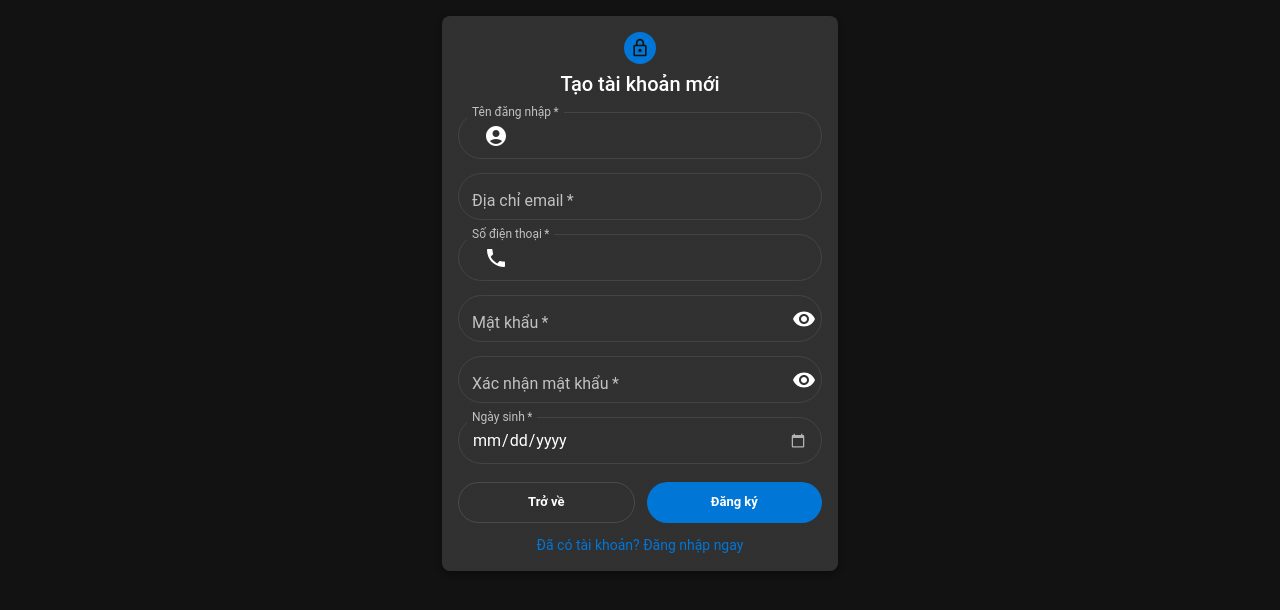
Repository: thtrunghau/ecommerce-ui-dacntt
Page: /auth/register
These files come from the project's save history. The page is drawn as it stood at one moment and after the next save; the edit follows.
The browser window is 1280 px wide. The pictures show the whole page.
The project was rebuilt for these pictures with package versions that can differ from the ones it lists, and the page was loaded fresh each time. Also part of the build but not shown: vite.config.ts, src/mockData/mockData.ts, src/utils/helpers.ts, src/components/shared/NavDropdown.tsx, src/components/shared/UserMenu.tsx, src/components/shared/Header.tsx, src/components/common/RoundedButton.tsx, src/components/features/home/HeroSection.tsx and 7 more.

Above is the page before, as saved 2025-06-13 00:25:37.

### src/index.css
@tailwind base;
@tailwind components;
@tailwind utilities;

/* Custom line clamp utilities */
.line-clamp-2 {
  display: -webkit-box;
  -webkit-line-clamp: 2;
  -webkit-box-orient: vertical;
  overflow: hidden;
}

/* Animation utilities */
@keyframes fade-in-up {
  from {
    opacity: 0;
    transform: translateY(20px);
  }
  to {
    opacity: 1;
    transform: translateY(0);
  }
}

.animate-fade-in-up {
  animation: fade-in-up 0.6s ease-out;
}

### src/App.tsx
import { BrowserRouter as Router, Routes, Route } from "react-router-dom";
import Header from "./components/shared/Header";
import Home from "./pages/Home";
import Footer from "./components/shared/Footer";
import { AuthProvider } from "./contexts/AuthContext";
import Register from "./pages/auth/Register";
import Login from "./pages/auth/Login";
import RegisterStandalone from "./pages/auth/RegisterStandalone";
import LoginStandalone from "./pages/auth/LoginStandalone";

export default function App() {
  return (
    <AuthProvider>
      <Router>
        {" "}
        <Routes>
          {" "}
          {/* Auth routes */}
          <Route path="/auth">
            <Route path="register" element={<RegisterStandalone />} />
            <Route path="login" element={<LoginStandalone />} />
          </Route>
          {/* Main layout routes with header/footer */}
          <Route
            path="/*"
            element={
              <div className="flex min-h-screen flex-col">
                <Header />
                <main className="flex-grow pt-24 lg:pt-28">
                  <Routes>
                    <Route path="/" element={<Home />} />
                    <Route path="/register" element={<Register />} />
                    <Route path="/login" element={<Login />} />
                    {/* Add other routes here as needed */}
                  </Routes>
                </main>
                <Footer />
              </div>
            }
          />
        </Routes>
      </Router>
    </AuthProvider>
  );
}

### src/contexts/AuthContext.tsx
import {
  createContext,
  useContext,
  useState,
  type ReactNode,
  useMemo,
} from "react";

interface User {
  id: string;
  username: string;
  email: string;
  phone?: string; // Thêm trường số điện thoại
  name?: string;
  avatar?: string;
}

interface AuthContextType {
  isAuthenticated: boolean;
  user: User | null;
  login: (user: User) => void;
  logout: () => void;
  register: (user: User) => void;
}

const AuthContext = createContext<AuthContextType | undefined>(undefined);

export const AuthProvider = ({ children }: { children: ReactNode }) => {
  const [user, setUser] = useState<User | null>(null);

  // Kiểm tra trạng thái xác thực từ localStorage khi khởi động
  const isAuthenticated = Boolean(user);

  const login = (userData: User) => {
    setUser(userData);
    localStorage.setItem("user", JSON.stringify(userData));
  };

  const logout = () => {
    setUser(null);
    localStorage.removeItem("user");
  };

  const register = (userData: User) => {
    // Trong thực tế, đây là nơi bạn sẽ gọi API đăng ký
    setUser(userData);
    localStorage.setItem("user", JSON.stringify(userData));
  };

  const value = useMemo(
    () => ({
      isAuthenticated,
      user,
      login,
      logout,
      register,
    }),
    [isAuthenticated, user],
  );

  return <AuthContext.Provider value={value}>{children}</AuthContext.Provider>;
};

export const useAuth = () => {
  const context = useContext(AuthContext);
  if (context === undefined) {
    throw new Error("useAuth must be used within an AuthProvider");
  }
  return context;
};

### src/pages/auth/RegisterStandalone.tsx
import React, { useState } from "react";
import { Link, useNavigate } from "react-router-dom";
import {
  Container,
  Box,
  Typography,
  TextField,
  Button,
  Paper,
  Avatar,
  IconButton,
  InputAdornment,
  ThemeProvider,
  createTheme,
  CssBaseline,
  Alert,
} from "@mui/material";
import {
  Visibility,
  VisibilityOff,
  AccountCircle,
  LockOutlined,
  Phone as PhoneIcon,
} from "@mui/icons-material";
import useAuthStore from "../../store/authStore";

const darkTheme = createTheme({
  palette: {
    mode: "dark",
    primary: { main: "#0076d7" },
    secondary: { main: "#30336b" },
    background: { default: "#121212", paper: "#1e1e1e" },
  },
  typography: {
    fontFamily: '"Samsung One", "Roboto", "Helvetica", "Arial", sans-serif',
  },
  components: {
    MuiTextField: {
      styleOverrides: {
        root: {
          marginBottom: 2,
          "& .MuiOutlinedInput-root": {
            "& fieldset": {
              borderColor: "#444",
              borderRadius: "9999px",
            },
            "&:hover fieldset": { borderColor: "#666" },
            "&.Mui-focused fieldset": { borderColor: "#0076d7" },
          },
          "& .MuiInputBase-input": {
            padding: "12px 14px",
          },
          "& .MuiInputAdornment-root": {
            marginLeft: "12px",
            marginRight: "-4px",
          },
        },
      },
    },
    MuiButton: {
      styleOverrides: {        root: {
          textTransform: "none",
          fontWeight: 600,
          boxShadow: "none",
          padding: "12px 24px",
          borderRadius: "9999px",
          "&:hover": { boxShadow: "none" },
        },
        contained: {
          backgroundColor: "#0076d7",
          "&:hover": { backgroundColor: "#0067be" },
        },
        outlined: {
          borderColor: "rgba(255, 255, 255, 0.12)",
          color: "#fff",
          "&:hover": {
            borderColor: "rgba(255, 255, 255, 0.24)",
            backgroundColor: "rgba(255, 255, 255, 0.04)",
          },
        },
      },
    },
  },
});

interface FormData {
  username: string;
  email: string;
  phone: string;
  dateOfBirth: string;
  password: string;
  confirmPassword: string;
}

const initialFormData: FormData = {
  username: "",
  email: "",
  phone: "",
  dateOfBirth: "",
  password: "",
  confirmPassword: "",
};

const RegisterStandalone: React.FC = () => {
  const navigate = useNavigate();
  const { register } = useAuthStore();
  const [formData, setFormData] = useState<FormData>(initialFormData);
  const [showPassword, setShowPassword] = useState<boolean>(false);
  const [showConfirmPassword, setShowConfirmPassword] =
    useState<boolean>(false);
  const [errors, setErrors] = useState<Partial<FormData>>({});
  const [formError, setFormError] = useState<string | null>(null);

  const handleChange = (e: React.ChangeEvent<HTMLInputElement>) => {
    const { name, value } = e.target;
    setFormData((prev) => ({ ...prev, [name]: value }));
    if (errors[name as keyof FormData]) {
      setErrors((prev) => ({ ...prev, [name]: undefined }));
    }
    if (formError) setFormError(null);
  };

  const validateForm = (): boolean => {
    const newErrors: Partial<FormData> = {};
    let isValid = true;
    if (!formData.username.trim()) {
      newErrors.username = "Tên đăng nhập là bắt buộc";
      isValid = false;
    } else if (formData.username.length < 3) {
      newErrors.username = "Tên đăng nhập phải có ít nhất 3 ký tự";
      isValid = false;
    }
    if (!formData.dateOfBirth) {
      newErrors.dateOfBirth = "Ngày sinh là bắt buộc";
      isValid = false;
    } else {
      const birthDate = new Date(formData.dateOfBirth);
      const today = new Date();
      if (birthDate >= today) {
        newErrors.dateOfBirth = "Ngày sinh không hợp lệ";
        isValid = false;
      }
    }
    if (!formData.email.trim()) {
      newErrors.email = "Email là bắt buộc";
      isValid = false;
    } else {
      const emailRegex = /^[^\s@]+@[^\s@]+\.[^\s@]+$/;
      if (!emailRegex.test(formData.email)) {
        newErrors.email = "Email không hợp lệ";
        isValid = false;
      }
    }
    if (!formData.phone.trim()) {
      newErrors.phone = "Số điện thoại là bắt buộc";
      isValid = false;
    } else {
      const phoneRegex = /^0\d{9}$/;
      if (!phoneRegex.test(formData.phone)) {
        newErrors.phone =
          "Số điện thoại không hợp lệ (phải có 10 số và bắt đầu bằng 0)";
        isValid = false;
      }
    }
    if (!formData.password) {
      newErrors.password = "Mật khẩu là bắt buộc";
      isValid = false;
    } else if (formData.password.length < 6) {
      newErrors.password = "Mật khẩu phải có ít nhất 6 ký tự";
      isValid = false;
    }
    if (formData.password !== formData.confirmPassword) {
      newErrors.confirmPassword = "Mật khẩu xác nhận không khớp";
      isValid = false;
    }
    setErrors(newErrors);
    return isValid;
  };

  const handleSubmit = (e: React.FormEvent<HTMLFormElement>) => {
    e.preventDefault();
    if (validateForm()) {
      try {
        const newUser = {
          id: crypto.randomUUID(),
          username: formData.username,
          email: formData.email,
          phone: formData.phone,
        };
        register(newUser);
        navigate("/");
      } catch (error) {
        setFormError("Đã xảy ra lỗi khi đăng ký. Vui lòng thử lại.");
        console.error("Registration error:", error);
      }
    }
  };

  return (
    <ThemeProvider theme={darkTheme}>
      <CssBaseline />      <Container component="main" maxWidth="xs" sx={{ mb: 2, mt: 2 }}>
        <Paper
          elevation={3}
          sx={{
            p: 2,
            display: "flex",
            flexDirection: "column",
            alignItems: "center",
            bgcolor: "background.paper",
            borderRadius: 2,
          }}
        >          <Avatar sx={{ mb: 0.5, bgcolor: "primary.main", width: 32, height: 32 }}>
            <LockOutlined sx={{ fontSize: 20 }} />
          </Avatar>
          <Typography component="h1" variant="h6" sx={{ mb: 1.5 }}>
            Tạo tài khoản mới
          </Typography>
          {formError && (
            <Alert severity="error" sx={{ width: "100%", mb: 2 }}>
              {formError}
            </Alert>
          )}
          <Box component="form" onSubmit={handleSubmit} sx={{ width: "100%" }}>
            <div className="flex flex-col gap-3">
              <TextField
                name="username"
                required
                fullWidth
                id="username"
                label="Tên đăng nhập"
                value={formData.username}
                onChange={handleChange}
                error={Boolean(errors.username)}
                helperText={errors.username}
                InputProps={{
                  startAdornment: (
                    <InputAdornment position="start">
                      <AccountCircle sx={{ color: "action.active" }} />
                    </InputAdornment>
                  ),
                }}
              />
              <TextField
                required
                fullWidth
                id="email"
                label="Địa chỉ email"
                name="email"
                autoComplete="email"
                value={formData.email}
                onChange={handleChange}
                error={Boolean(errors.email)}
                helperText={errors.email}
              />
              <TextField
                required
                fullWidth
                id="phone"
                label="Số điện thoại"
                name="phone"
                autoComplete="tel"
                value={formData.phone}
                onChange={handleChange}
                error={Boolean(errors.phone)}
                helperText={errors.phone}
                InputProps={{
                  startAdornment: (
                    <InputAdornment position="start">
                      <PhoneIcon sx={{ color: "action.active" }} />
                    </InputAdornment>
                  ),
                }}
              />
              <TextField
                required
                fullWidth
                name="password"
                label="Mật khẩu"
                type={showPassword ? "text" : "password"}
                id="password"
                autoComplete="new-password"
                value={formData.password}
                onChange={handleChange}
                error={Boolean(errors.password)}
                helperText={errors.password}
                InputProps={{
                  endAdornment: (
                    <InputAdornment position="end">
                      <IconButton
                        aria-label="toggle password visibility"
                        onClick={() => setShowPassword(!showPassword)}
                        edge="end"
                      >
                        {showPassword ? <VisibilityOff /> : <Visibility />}
                      </IconButton>
                    </InputAdornment>
                  ),
                }}
              />
              <TextField
                required
                fullWidth
                name="confirmPassword"
                label="Xác nhận mật khẩu"
                type={showConfirmPassword ? "text" : "password"}
                id="confirmPassword"
                value={formData.confirmPassword}
                onChange={handleChange}
                error={Boolean(errors.confirmPassword)}
                helperText={errors.confirmPassword}
                InputProps={{
                  endAdornment: (
                    <InputAdornment position="end">
                      <IconButton
                        aria-label="toggle confirm password visibility"
                        onClick={() =>
                          setShowConfirmPassword(!showConfirmPassword)
                        }
                        edge="end"
                      >
                        {showConfirmPassword ? (
                          <VisibilityOff />
                        ) : (
                          <Visibility />
                        )}
                      </IconButton>
                    </InputAdornment>
                  ),
                }}
              />
              <TextField
                required
                fullWidth
                id="dateOfBirth"
                label="Ngày sinh"
                name="dateOfBirth"
                type="date"
                value={formData.dateOfBirth}
                onChange={handleChange}
                error={Boolean(errors.dateOfBirth)}
                helperText={errors.dateOfBirth}
                InputLabelProps={{
                  shrink: true,
                }}
                sx={{
                  "& input[type=date]::-webkit-calendar-picker-indicator": {
                    filter: "invert(0.7)",
                  },
                }}
              />
            </div>
            <div className="flex gap-3 mt-4">
              <Button
                onClick={() => navigate(-1)}
                fullWidth
                variant="outlined"
                size="small"
                sx={{
                  borderRadius: "9999px",
                  py: 1,
                  borderColor: "rgba(255, 255, 255, 0.12)",
                  "&:hover": {
                    borderColor: "rgba(255, 255, 255, 0.24)",
                  },
                }}
              >
                Trở về
              </Button>
              <Button
                type="submit"
                fullWidth
                variant="contained"
                size="small"
                sx={{
                  borderRadius: "9999px",
                  py: 1,
                  bgcolor: "#0076d7",
                  "&:hover": {
                    bgcolor: "#0067be",
                  },
                }}
              >
                Đăng ký
              </Button>
            </div>
            <div className="flex justify-center mt-3">
              <Link
                to="/auth/login"
                className="text-sm text-primary hover:text-primary/90 transition-colors duration-200"
                style={{ color: darkTheme.palette.primary.main }}
              >
                Đã có tài khoản? Đăng nhập ngay
              </Link>
            </div>
          </Box>
        </Paper>
      </Container>
    </ThemeProvider>
  );
};

export default RegisterStandalone;

### src/store/authStore.ts
import { create } from "zustand";

interface User {
  id: string;
  username: string;
  email: string;
  phone?: string; // Thêm trường số điện thoại
  name?: string;
  avatar?: string;
}

interface AuthState {
  isAuthenticated: boolean;
  user: User | null;
  login: (user: User) => void;
  logout: () => void;
  register: (user: User) => void;
}

// Tạo Auth Store với Zustand
const useAuthStore = create<AuthState>((set) => {
  // Kiểm tra user từ localStorage
  const savedUser = localStorage.getItem("user");
  const parsedUser = savedUser ? JSON.parse(savedUser) : null;

  return {
    isAuthenticated: Boolean(parsedUser),
    user: parsedUser,

    login: (user) => {
      localStorage.setItem("user", JSON.stringify(user));
      set({ isAuthenticated: true, user });
    },

    logout: () => {
      localStorage.removeItem("user");
      set({ isAuthenticated: false, user: null });
    },

    register: (user) => {
      localStorage.setItem("user", JSON.stringify(user));
      set({ isAuthenticated: true, user });
    },
  };
});

export default useAuthStore;

### tailwind.config.js
/** @type {import('tailwindcss').Config} */
export default {
  content: ["./index.html", "./src/**/*.{js,ts,jsx,tsx}"],
  theme: {
    extend: {},
  },
  plugins: [],
  corePlugins: {
    lineClamp: true,
  },
};

Loaded but not shown: index.html (common file); src/main.tsx (common file)

After the next save:
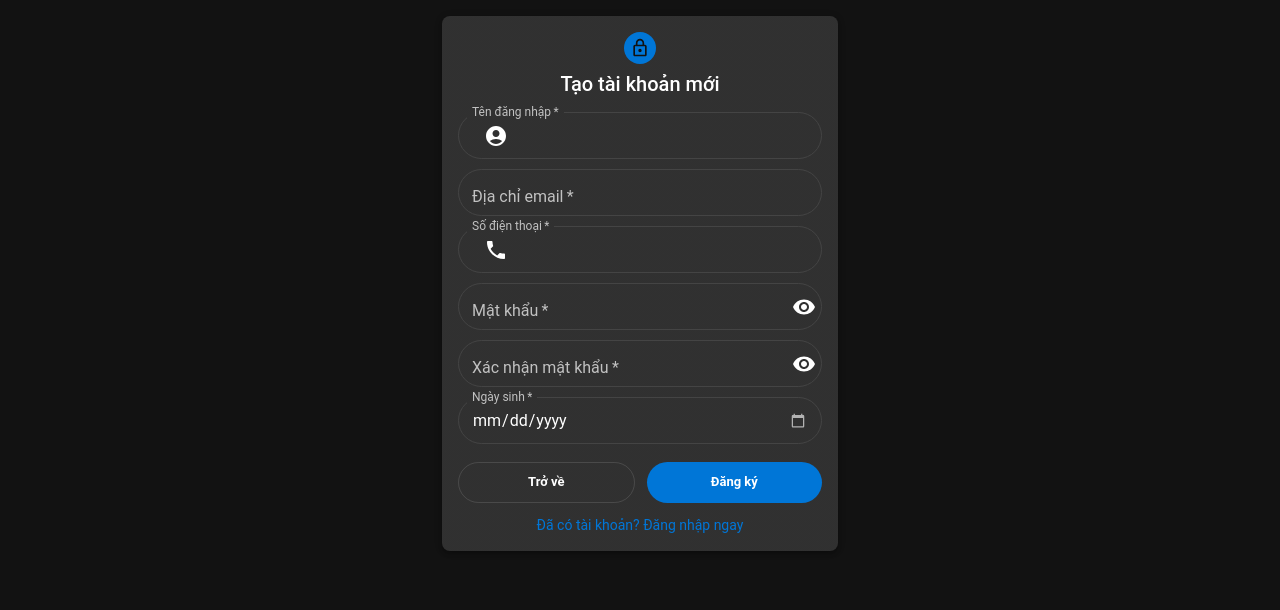
Saved 9 s later.
--- a/src/pages/auth/RegisterStandalone.tsx
+++ b/src/pages/auth/RegisterStandalone.tsx
@@ -221,7 +221,7 @@ const RegisterStandalone: React.FC = () => {
             </Alert>
           )}
           <Box component="form" onSubmit={handleSubmit} sx={{ width: "100%" }}>
-            <div className="flex flex-col gap-3">
+            <div className="flex flex-col gap-2">
               <TextField
                 name="username"
                 required
